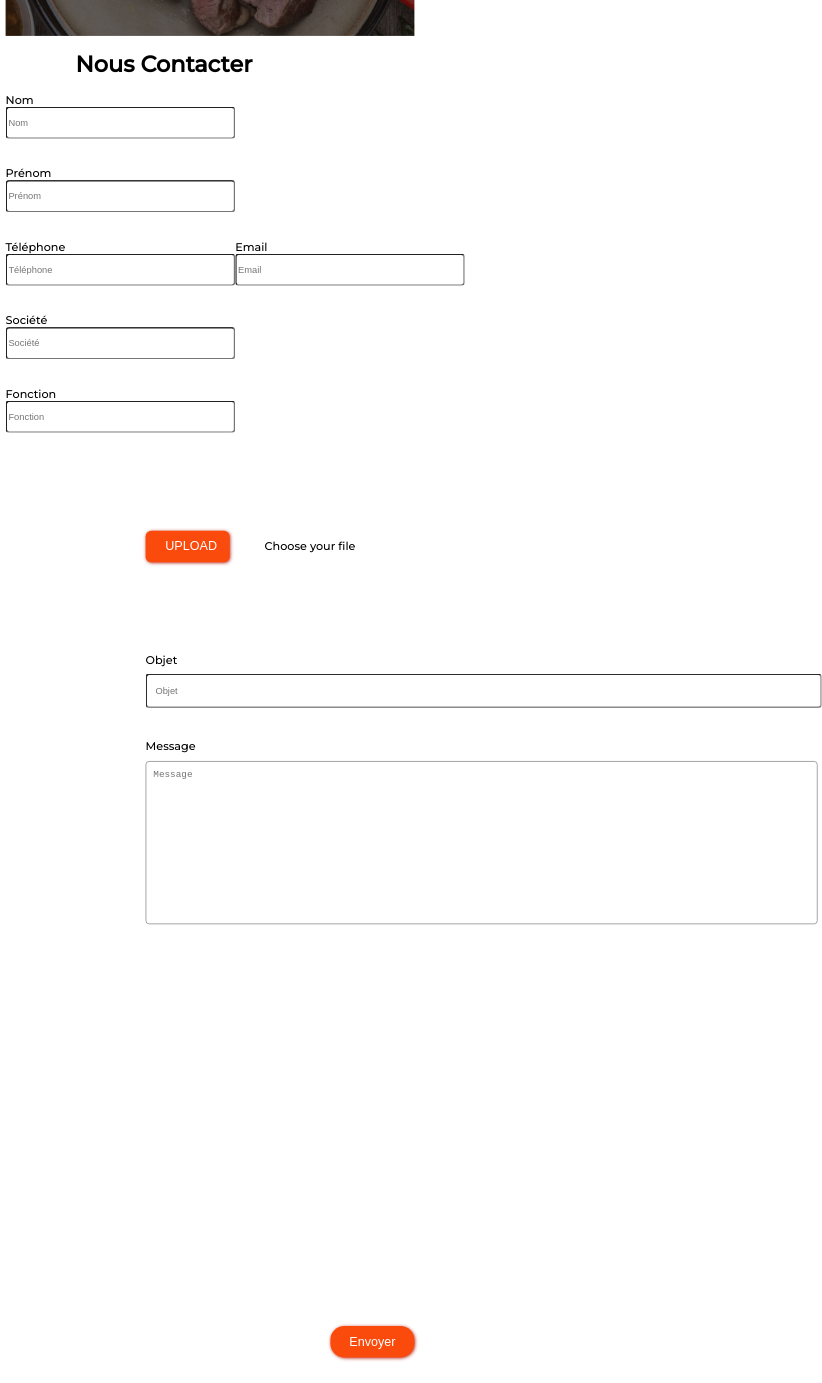
Repository: Ahlam-belhadj/bella-olange
Page: index3.html
The author's editor kept a copy of each file at every save. The page is drawn from the files as they stood at one save, then again after a run of saves.
The browser window is 600 px wide. The page is 1174 px wide, so the pictures cover 1174 px, including what lies to the right of the window. The pictures show the part of the page from y = 655 to 2735 px (the page is 2630 px tall before and 2735 px after), at 70% of full size.
Pictures or frames that could not be fetched are drawn as grey boxes.

Above is the page before, as saved 2023-02-12 20:30:41.

After the next 2 saves:
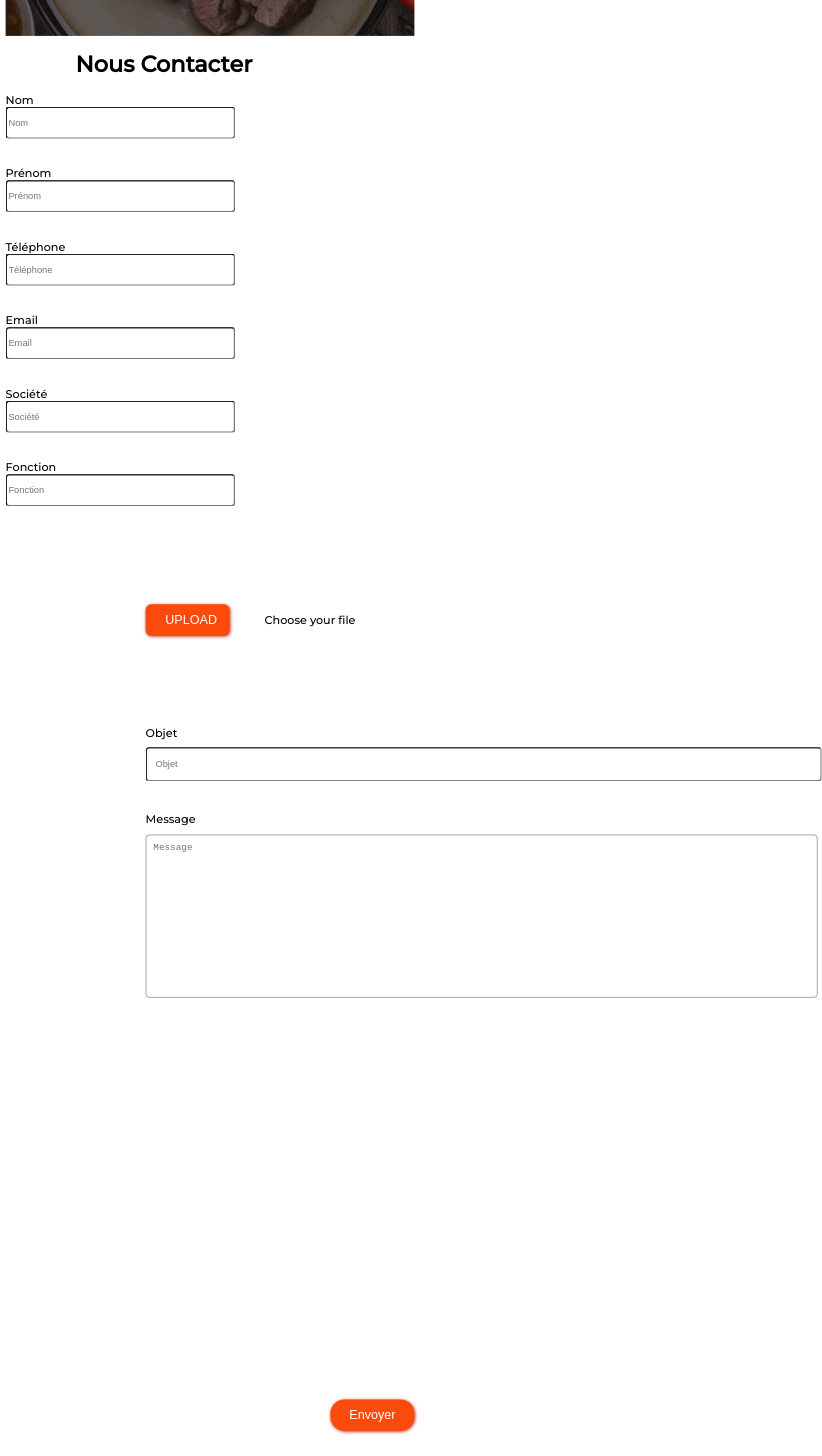
The 2 saves are shown as one change because they came seconds apart.
The last was saved 7 s later.
--- a/style3.css
+++ b/style3.css
@@ -197,7 +197,10 @@ textarea {
         flex-direction: column;
     }
 
-
+    .info2 {
+        display: flex;
+        flex-direction: column;
+    }
 
 }
 
